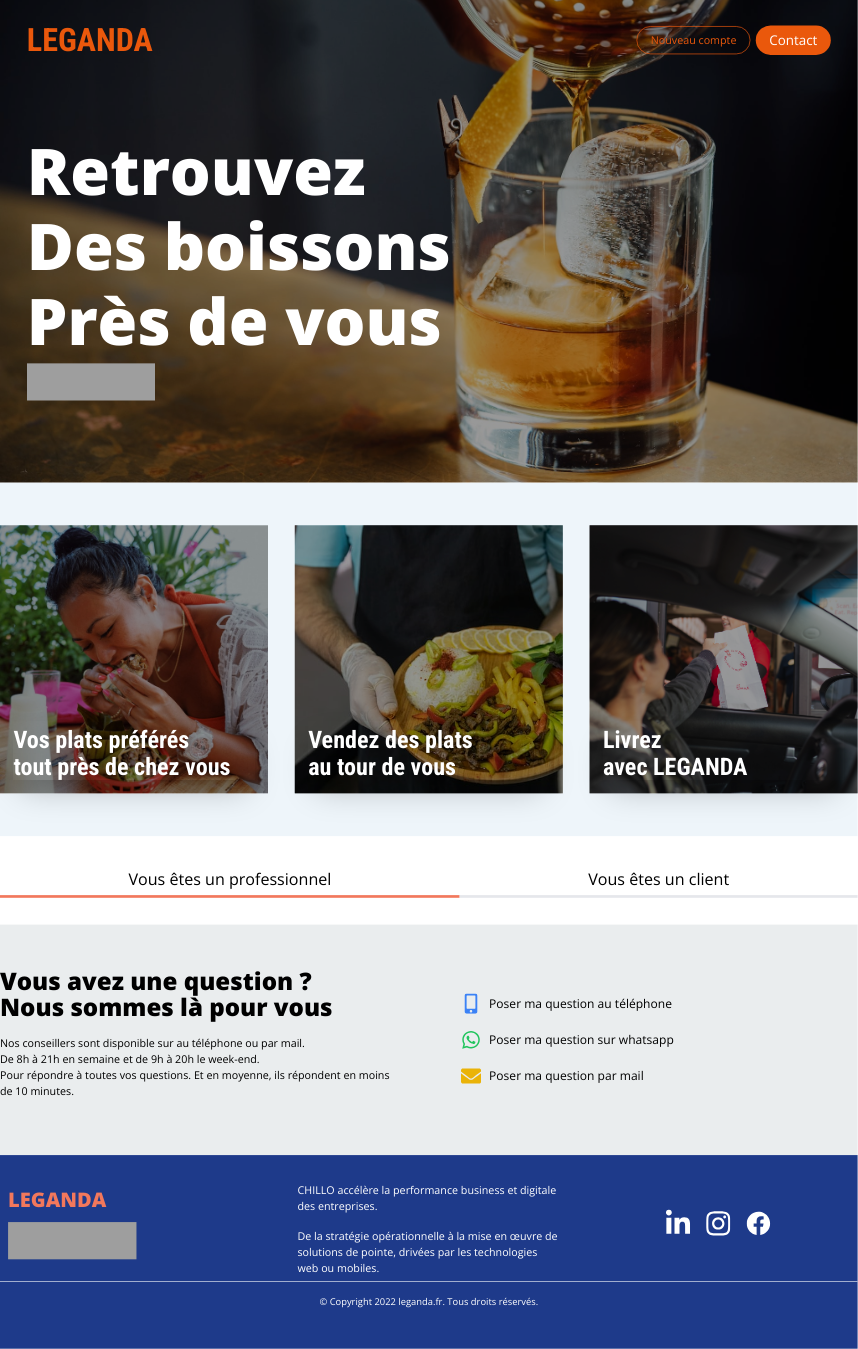
Repository: chillo-tech/website-leganda
Page: /
The author's editor kept a copy of each file at every save. The page is drawn from the files as they stood at one save, then again after the next save.
The browser window is 1280 px wide. The pictures show the whole page, at 67% of full size.
Pictures or frames that could not be fetched are drawn as grey boxes. The project was rebuilt for these pictures with package versions that can differ from the ones it lists, and the page was loaded fresh each time. Some packages were replaced by stand-ins written for this rebuild. The framework's server and built-in components were replaced by stand-ins that run in the browser. Also part of the build but not shown: next.config.js, components/header/items/SearchBar.tsx.

Above is the page before, as saved 2023-02-09 11:46:35.

### pages/_document.tsx
import { Html, Head, Main, NextScript } from 'next/document'
import Footer from '../components/footer/Footer';

export default function Document() {
	return (
		<Html className="scroll-smooth">
			<Head>
        <link rel="preconnect" href="https://fonts.googleapis.com"/>
        <link rel="preconnect" href="https://fonts.gstatic.com"/>
        <link href="https://fonts.googleapis.com/css2?family=Open+Sans:ital,wght@0,300;0,800;1,800&family=Roboto&family=Roboto+Condensed:wght@700&display=swap" rel="stylesheet"/>
        <link rel="icon" href="/favicon.ico" />
			</Head>
			<body className='flex flex-col h-screen justify-between'>
				<Main />
				<NextScript />
				<Footer />
        <script defer type="text/javascript" src="https://maps.googleapis.com/maps/api/js?key=AIzaSyBoBBvzxlRlkbfYzZcHp8ALOwBk3YjfB-I&libraries=places" />
			</body>
		</Html>
	)
}

### styles/globals.css
@tailwind base;
@tailwind components;
@tailwind utilities;
body {
  font-family: 'Open Sans', 'Roboto', sans-serif;
}
.title {
  font-family: 'Roboto Condensed', sans-serif;
}
@layer base {
  [type="text"],
  [type="email"],
  [type="url"],
  [type="password"],
  [type="number"],
  [type="date"],
  [type="datetime-local"],
  [type="month"],
  [type="search"],
  [type="tel"],
  [type="time"],
  [type="week"],
  [multiple],
  textarea,
  select {
    @apply w-full border-gray-300 rounded-lg shadow-sm focus:border-blue-500 focus:ring-blue-500;
  }
  [type="checkbox"],
  [type="radio"] {
    @apply border-gray-300 rounded text-blue-600 focus:ring-blue-500;
  }
}

.bg-site-blue {
    background-color: #86aec0;
    color: #000000;
}

.bg-site-orange {
    background-color: #f6ac9f;
}

.color-site-blue {
   color: #86aec0;
}

.color-site-orange {
    color: #f2785c;
}

.home-page-article {
  min-height: 400px;
}

### context/search-context-provider.tsx
import { SearchParams } from '../types';
import { Context,createContext, useMemo, useReducer, useCallback } from 'react'
import SearchReducer from './SearchReducer';
import { Param } from '../types/Param';
import { INITIAL_STATE, UPDATE_SEARCH_CRITERIA } from '../utils';
import { SearchContextData } from '../types/SerchContextData';
type Props = {
  children: JSX.Element,
};
export const SearchContext = createContext<SearchContextData>({state: INITIAL_STATE});
function SearchContextProvider({children}: Props) {
  const [state, dispatch] = useReducer(SearchReducer, INITIAL_STATE);

  const update = useCallback(
    (data: Param) =>
      dispatch({
        type: UPDATE_SEARCH_CRITERIA,
        data
      }),
    [],
  );
  const value = useMemo(
    () => ({state, update }),
    [state,update],
  );
  return (
    <SearchContext.Provider value={value}>
      {children}
    </SearchContext.Provider>
  )
}

export default SearchContextProvider;

### components/footer/Footer.tsx

import React from 'react';
import { FaFacebook, FaInstagram, FaLinkedinIn } from 'react-icons/fa';
import Link from 'next/link'
import { cn, STORES } from '../../utils';
import Image from 'next/image';
function Footer() {
	return (
			<footer className="bg bg-blue-900 text-white pb-10 pt-10 font-extralight flex flex-col" id="a-propos-de-nous">
				<div className="container mx-auto px-3">
					<div className="grid grid-cols-1 gap-10 md:grid-cols-3 md:p-0 items-center">
						<div className="presentation">
              <Link href='/' className='mb-5 color-site-orange uppercase font-extrabold text-3xl'>LEGANDA
              </Link>
              <p className="flex py-4 items-center justify-center md:justify-start">
                {STORES.filter((item: any) => item.active).map((item: any, index: number) => (
                    <Link
                        href="#"
                        target="_blank"
                        key={`liens-${index}`}
                        className="block items-center py-2 w-48 h-14 relative">
                      <Image
                          fill={true}
                          src={`/images/${item.image}`}
                          alt={item?.label}
                      />
                    </Link>
                ))}
              </p>
						</div>
						<div className="presentation">
							<p className='mb-5'>CHILLO accélère la performance business et digitale des entreprises. </p>
							<p>De la stratégie opérationnelle
								à la mise en œuvre de solutions de pointe, drivées par les technologies web ou mobiles.</p>
						</div>
						<div className="presentation flex flex-col items-center justify-center">
							<div className='px-10 flex items-center justify-between text-center'>
								<FaLinkedinIn color='text-slate-300' className='px-3 text-6xl'/>
								<FaInstagram className='px-3 text-6xl'/>
								<FaFacebook className='px-3 text-6xl'/>
							</div>
							<div className='py-2'>

							</div>
						</div>
					</div>
				</div>
				<div className="copyright border-top-1 mt-2 font-light">
					<div className="container py-5 text-sm mx-auto text-center border-solid border-t border-slate-200">
						&copy; Copyright {(new Date()).getFullYear()} leganda.fr. Tous droits réservés.
					</div>
				</div>
			</footer>

	);
}

export default Footer;

### components/questions/Questions.tsx
import Link from 'next/link'
import React from 'react'
import { FaEnvelope, FaMobileAlt, FaWhatsapp } from 'react-icons/fa'

function Questions() {
  return (
    <section className='py-16 bg-app-light-green'>
        <div className="container grid md:grid-cols-2 md:gap-24 items-center px-3 md:px-0">
          <article>
            <h2 className='md:text-4xl text-3xl font-semibold text-black'>
              <p className='p-0 m-0'>Vous avez une question ?</p>
              <p className='p-0 m-0'>Nous sommes là pour vous</p>
            </h2>
            <div className='py-5'>
              <p className='p-0 m-0'>Nos conseillers sont disponible sur au téléphone ou par mail.</p>
              <p className='p-0 m-0'>De 8h à 21h en semaine et de 9h à 20h le week-end.</p>
              <p className='p-0 m-0'>Pour répondre à toutes vos questions. Et en moyenne, ils répondent en moins de 10 minutes.</p>
            </div>
          </article>
          <article>
              <Link href="tel:0033761705745" className='py-3 text-lg flex'>
                  <FaMobileAlt className='text-3xl text-blue-500 mr-3' /> Poser ma question au téléphone
              </Link>
              <Link href="whatsapp:0033761705745" className='py-3 text-lg flex'>
                  <FaWhatsapp className='text-3xl text-green-500 mr-3' /> Poser ma question sur whatsapp
              </Link>
              <Link href="mailto:armelle.leganda@gmail.com" className='py-3 text-lg flex'>
                  <FaEnvelope className='text-3xl text-yellow-500 mr-3' /> Poser ma question par mail
              </Link>
          </article>
        </div>
    </section>
  )
}

export default Questions

### components/header/Header.tsx
import { faPhone, faUser } from '@fortawesome/free-solid-svg-icons'
import { FontAwesomeIcon } from '@fortawesome/react-fontawesome'
import Link from 'next/link'
import React from 'react'
import SearchBar from './items/SearchBar'

function Header({withSearchBar = true}: {withSearchBar?: boolean}) {
  return (
    <header className="container py-4">
       <nav className='flex justify-between items-center'>
        <Link href="/" className='text-orange-600 uppercase title text-5xl'>LEGANDA
        </Link>
        {withSearchBar ? <SearchBar /> : null }
        <ul className='md:flex justify-between items-center hidden'>
          <li>
            <Link href="/" className='border border-orange-600 rounded-3xl px-5 py-2 text-orange-600 flex justify-between items-center'>
                <FontAwesomeIcon icon={faUser} className="hidden border-none text-xs mr-2" size='xs' />
                Nouveau compte
            </Link>
          </li>
          <li  className='ml-2'>
          <Link href="/" className='bg-orange-600 rounded-3xl text-xl px-5 font-medium py-2 flex text-white'>
              <FontAwesomeIcon icon={faPhone} className="hidden border-none mr-2"/>
              Contact
          </Link>
          </li>
        </ul>
      </nav>
    </header>
  )
}

export default Header

### utils/index.ts
export * from './clear-string';
export * from './DateFormat';
export * from './isValidPhoneNumber';
export * from './isValidEmail';
export * from './Endpoints';
export * from './Data';
export * from './request-options';

### components/tabs/index.tsx
import classNames from 'classnames';
import React, { useState } from 'react'

function Tabs({items}: any) {
  const [activeTab, setActiveTab] = useState("tab-0");
  const handleClick = () => {

  }
  return (
    <section className='container px-3 md:px-0 py-10'>

      <ul className='flex justtify-center items-center'>
        {items.map((item: any, index: number) => (
          <li key={`tab-${index}`} className={classNames('grow border-b-4',{ 'bg-white border-app-orange': activeTab === `tab-${index}` })}>
            <button id={`tab-${index}`} type='button' className='text-uppercase w-full py-2 text-2xl' onClick={handleClick}>{item.label}</button>
          </li>
        ))}
      </ul>
    </section>
  )
}

export default Tabs

### utils/how-it-works.ts
const HOW_IT_WORKS: any = [
  {
    "label": "Vous êtes un professionnel"
  },
  {
    "label": "Vous êtes un client"
  }
]

export {HOW_IT_WORKS}

### context/SearchReducer.ts
import { UPDATE_SEARCH_CRITERIA } from './../utils/Data';
import { Action } from './../types/Action';
import { SearchParams } from "../types";

function SearchReducer (state: SearchParams, action: Action){
  switch(action.type){
    case UPDATE_SEARCH_CRITERIA: {
        return {
          ...state,
          [action.data.key]: action.data.value
        }
    }
  }
  return state;
}

export default SearchReducer;

### utils/clear-string.ts
export const cleanString = (entry: string) => {
	return entry ? entry.replace(/^[\s\uFEFF\xA0]+|[\s\uFEFF\xA0]+$/g, '') : '';
}

### utils/DateFormat.ts
export const getFormattedDate = (entry: Date) => {
	const year = entry.getFullYear();
	const month = `0${entry.getMonth() + 1}`.slice(-2);
	const day = `0${entry.getDate()}`.slice(-2);
	return `${day}/${month}/${year}`;
};

export const getFormattedTime = (entry: Date) => {
	const hours = `0${entry.getHours()}`.slice(-2);
	const minutes = `0${entry.getMinutes()}`.slice(-2);
	return `${hours}:${minutes}`;
};

const getWeekNumber = (entry: Date) => {
	// Copy date so don't modify original
	const date = new Date(Date.UTC(entry.getFullYear(), entry.getMonth(), entry.getDate()));
	// Set to nearest Thursday: current date + 4 - current day number
	// Make Sunday's day number 7
	date.setUTCDate(date.getUTCDate() + 4 - (date.getUTCDay() || 7));
	// Get first day of year
	const yearStart = new Date(Date.UTC(date.getUTCFullYear(), 0, 1));
	// Calculate full weeks to nearest Thursday
	return Math.ceil((((Number(date) - Number(yearStart)) / 86400000) + 1) / 7);
	// Return array of year and week number

}

export const getDayAndMonthLabel = (entry: Date) => {
	const days = ['Dimanche', 'Lundi', 'Mardi', 'Mercredi', 'Jeudi', 'Vendredi', 'Samedi'];
	const months = ["Jan.", "Fev.", "Mars", "Avr.", "MaI", "Juin",
		"Jul.", "Août", "Sep.", "Oct.", "Nov.", "Dec."
	];
	return [days[entry.getDay()], months[entry.getMonth()]];
}

export const getDisplayedDate = (entry: string = "") => {
	if (!entry.trim().length) {
		return entry;
	}
	const adWeekNo = getWeekNumber(new Date(entry));
	const todayWeekNo = getWeekNumber(new Date());
	if ((adWeekNo - todayWeekNo) > 1) {
		const [dayOfDate, month, year] = getFormattedDate(new Date(entry)).split('/');
		const [dayOfWeekLabel, monthLabel] = getDayAndMonthLabel(new Date(entry));
		return `${dayOfWeekLabel}, ${dayOfDate} ${monthLabel}`;
	} else {
		const [dayOfWeekLabel] = getDayAndMonthLabel(new Date(entry));
		return dayOfWeekLabel;
	}
};

### utils/isValidPhoneNumber.ts
export const isValidPhoneNumber = (value: string) => {
	const PHONE_REGEXP = /^0[6|7]\d{8}$/
	return PHONE_REGEXP.test(value);
}

### utils/isValidEmail.ts
export const isValidEmail = (value: string) => {
	const EMAIL_REGEXP = /^\S+@\S+\.\S+$/;
	return value.trim().length ? EMAIL_REGEXP.test(value) : true;
}

### utils/Endpoints.ts
export const LOCAL_DNS = 'http://192.168.111.244:9090';//verifier ipconfig avant d'exécuter
export const PROD_DNS = "https://api.leganda.chillo.fr";
export const IMAGES_URL = `${PROD_DNS}/assets`;
export const BACKOFFICE_URL = `${PROD_DNS}/api/v1`;
export const ADS_ENDPOINT = "ad";
export const FAVORITE_ENDPOINT = "favorite";
export const ACCOUNT_ENDPOINT = "account";
export const ADDRESS_ENDPOINT = "address";
export const CATEGORY_ENDPOINT = "category";
export const GOOGLE_PACES_API_BASE_URL = 'https://maps.googleapis.com/maps/api/place';
export const GOOGLE_PACES_API_KEY = 'AIzaSyBoBBvzxlRlkbfYzZcHp8ALOwBk3YjfB-I';
export const MAP_ZOOM = 10;
export const GOOGLE_PACES_CENTER_COORDINATES = {lat: 48.117266,lng: -1.677793};

### utils/Data.ts
import {EMAIL, PHONE} from "./providers";
export const CATEGORY_BGCOLORS = [ "#BCA1F2", "#BCDDE4", "#CFEACB", "#F4E169"];
export const PLUS_FAVORITES_UPDATED = "Super cette annonce a été ajoutée à vos favoris";
export const REMOVE_FAVORITES_UPDATED = "Cette annonce a été retirée de vos favoris";
export const AUTHENTICATED_USER = "authenticatedUser";
export const MAPBOX_ACCESSTOKEN = "pk.eyJ1IjoiYWNoaWxsZW1ib3VndWVuZyIsImEiOiJja3Zvd3EzcmswaThkMnZrZ25iYmtveDBhIn0.pDR7pKL18d3iz5NoaRmWYg";
export const RESET_AD = "RESET_AD";
export const DELETE_KEY = "DELETE_KEY";
export const SET_NUMBER_OF_CHILDREN = "SET_NUMBER_OF_CHILDREN";
export const SET_ADS = "SET_ADS";
export const SET_CATS = "SET_CATS";
export const SET_CAT = "SET_CAT";
export const SET_AD = "SET_AD";
export const SET_SELECTED_ITEM_ID = "SET_SELECTED_ITEM_ID";
export const SET_STEP_INDEX = "SET_STEP_INDEX";
export const UPDATE_AD = "UPDATE_AD";
export const UPDATE_SEARCH_CRITERIA = "UPDATE_SEARCH_CRITERIA";
export const UPDATE_USER_INFOS = "UPDATE_USER_INFOS";
export const USER_TOKEN = "USER_TOKEN";
export const SIGN_IN = 'SIGN_IN';
export const SIGN_OUT = 'SIGN_OUT';
export const SIGN_UP = 'SIGN_UP';
export const RECOMMEND_TEXT = "Bonjour, j'ai découvert cette application qui a de belles annonces. Je te la recommande";
export const RESTORE_TOKEN = "RESTORE_TOKEN";
export const AD_PLACEHOLDER = ["Taro du dimanche", "20kg à destination de Yaoundé", "Carton de Guinness", "Stage de developpeur"];
export const STORES = [
	{
		image: 'google-app-store-badge.svg',
		active: true,
		path: '#',
		label: 'LEGANDA sur PLAY STORE'
	},
	{
		image: 'apple-app-store-badge.svg',
		active: false,
		path: '#',
		label: 'LEGANDA sur APPLE STORE'
	}
]
export const HEADERS_ITEMS = [
	{
		image: '/images/food.jpeg',
		active: true,
		label: 'Des mets'
	},
	{
		image: '/images/drinks.jpeg',
		active: false,
		label: 'Des boissons'
	},
	{
		image: '/images/spices.jpeg',
		active: false,
		label: 'Des épices'
	},
	{
		image: '/images/service.jpeg',
		active: false,
		label: 'Des services'
	}
]
export const INITIAL_STATE = {
		address: {city: ''}
}

export const HELP_LINK = {
	whatsapp: `whatsapp://send?text=&phone=${PHONE}`,
	sms: `sms:${PHONE}`,
	mail: `mailto:${EMAIL}`,
	phone: `tel:${PHONE}`
}

export const SHARE_LINK = {
	whatsapp: `whatsapp://send?text=`,
	sms: `sms:body=`,
	mail: `mailto:${EMAIL}`,
	phone: `tel:${PHONE}`
}

export const MORESCREEN_DATA = [
	{
		id: 'recommendations',
		title: "Recommandations",
		items: [
			{
				id: '587',
				icon: 'thumbs-up',
				name: 'sms',
				action: 'recommend',
				title: 'Recommandez notre application',
			},
			{
				id: '588',
				icon: 'facebook',
				name: 'facebook',
				action: 'recommend',
				title: 'Aimez notre page facebook',
			},
			{
				id: '589',
				icon: 'thumbs-up',
				name: 'like',
				action: 'recommend',
				title: 'Notez nous sur le store',
			}
		]
	},
	{
		id: 'assistance',
		title: "assistance",
		items: [
			{
				id: '386',
				icon: 'whatsapp',
				name: 'whatsapp',
				action: 'help',
				title: 'Posez votre question via whatsapp',
			},
			{
				id: '387',
				icon: 'sms',
				name: 'sms',
				action: 'help',
				title: 'Posez votre question  par sms',
			},
			{
				id: '389',
				name: 'mail',
				action: 'help',
				icon: 'envelope',
				title: 'Envoyez nous un mail',
			},
			{
				id: '388',
				icon: 'phone-alt',
				name: 'phone',
				action: 'help',
				title: 'Appelez nous',
			}
		]
	}
]

export const loaderProp =({ src }: {src: string}) => {
  console.log('====================================');
  console.log(src);
  console.log('====================================');
  return src;
}
export const cn = (...classes: string[]) =>{
  return classes.filter(Boolean).join(' ')
}

### utils/request-options.ts
export const getHeaders = () => ({
	'X-Requested-With': 'XMLHttpRequest',
	'Content-Type': 'application/x-www-form-urlencode',
	Accept: "application/json"
});

### utils/providers.ts


export const PHONE = "+33761705745";
export const EMAIL = "achille.mbougueng@yahoo.fr";

export const OPENCAGE_GEOCODE_API = "https://api.opencagedata.com/geocode/v1/json";
export const OPENCAGE_API_KEY = "2dd86530d37b4cf3a321d24e6c624a40";

export const MAPBOX_API_KEY = "pk.eyJ1IjoiYWNoaWxsZW1ib3VndWVuZyIsImEiOiJja3Zvd3EzcmswaThkMnZrZ25iYmtveDBhIn0.pDR7pKL18d3iz5NoaRmWYg";
export const MAPBOX_PLACES = "https://api.mapbox.com/geocoding/v5/mapbox.places";

Loaded but not shown: pages/_app.tsx (common file); tailwind.config.js (38 lines, source omitted); pages/index.tsx (146 lines, source omitted)

After the next save:
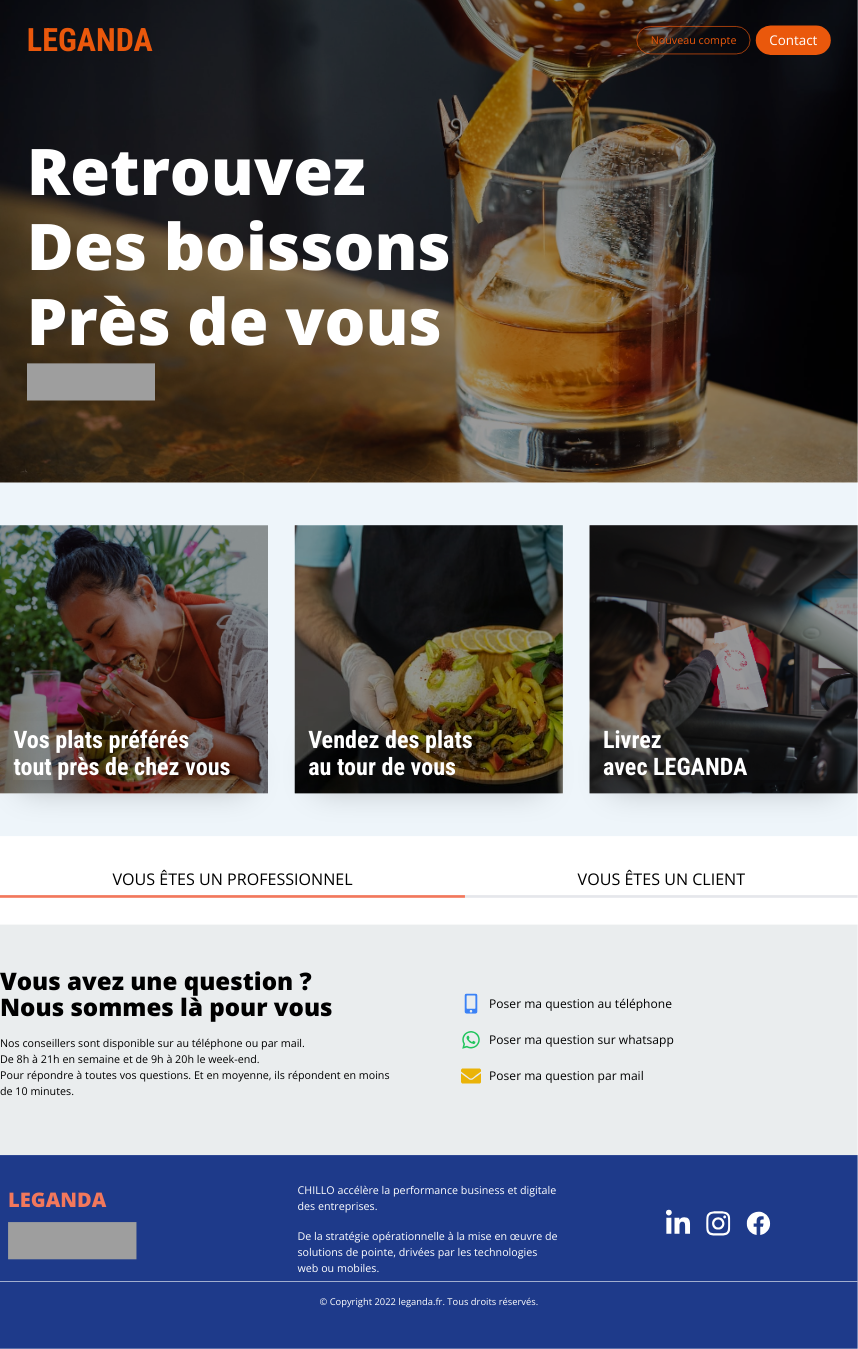
Saved 8 s later.
--- a/components/tabs/index.tsx
+++ b/components/tabs/index.tsx
@@ -12,7 +12,7 @@
       <ul className='flex justtify-center items-center'>
         {items.map((item: any, index: number) => (
           <li key={`tab-${index}`} className={classNames('grow border-b-4',{ 'bg-white border-app-orange': activeTab === `tab-${index}` })}>
-            <button id={`tab-${index}`} type='button' className='text-uppercase w-full py-2 text-2xl' onClick={handleClick}>{item.label}</button>
+            <button id={`tab-${index}`} type='button' className='uppercase w-full py-2 text-2xl' onClick={handleClick}>{item.label}</button>
           </li>
         ))}
       </ul>
